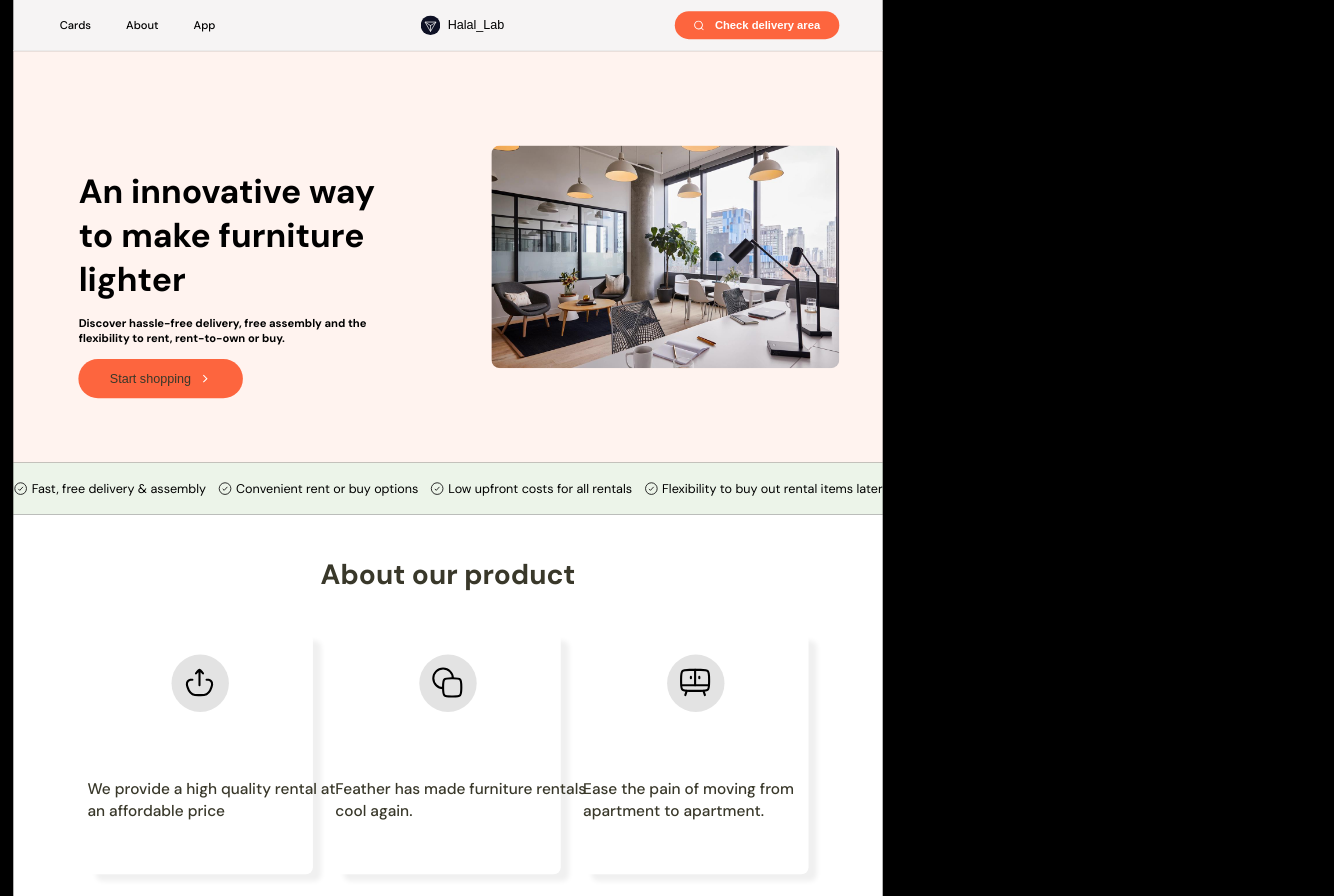
Repository: noman-source/Furniture-website
Page: index.html
The author's editor kept a copy of each file at every save. The page is drawn from the files as they stood at one save, then again after a run of saves.
The browser window is 1280 px wide. The page is 1905 px wide, so the pictures cover 1905 px, including what lies to the right of the window. The pictures show the part of the page from y = 0 to 1280 px (the page is 4310 px tall), at 70% of full size.

Above is the page before, as saved 2025-07-04 12:53:23.

After the next 2 saves:
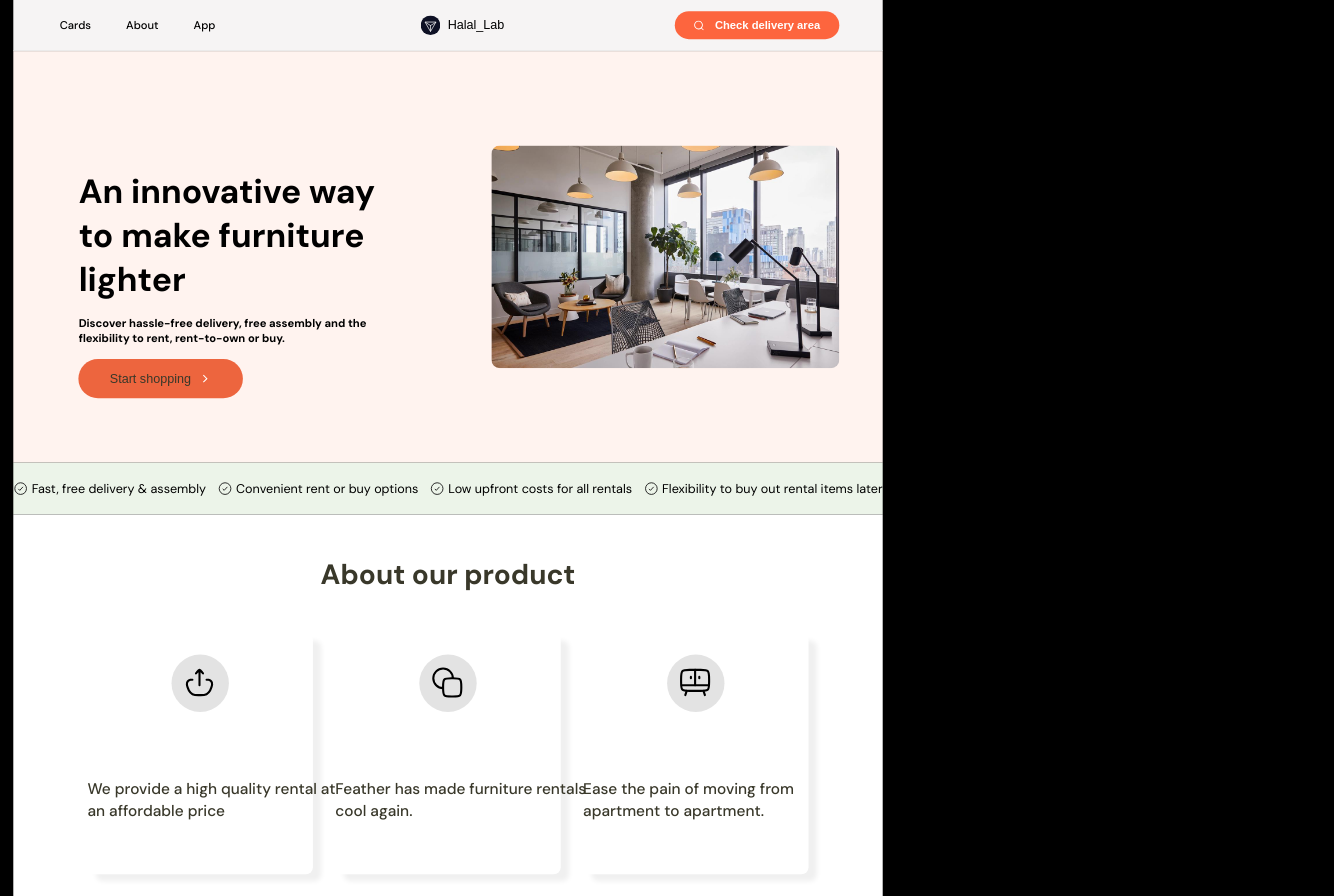
The 2 saves are shown as one change because they came seconds apart.
The last was saved 36 s later.
--- a/style.css
+++ b/style.css
@@ -129,7 +129,7 @@
     gap: 10px;
     border-radius: 32px;
     border: transparent;
-    background-color: #FD653E;
+    background-color: #ED653E;
 }
 
 main .section1 .section1-left .section1-text button a {
